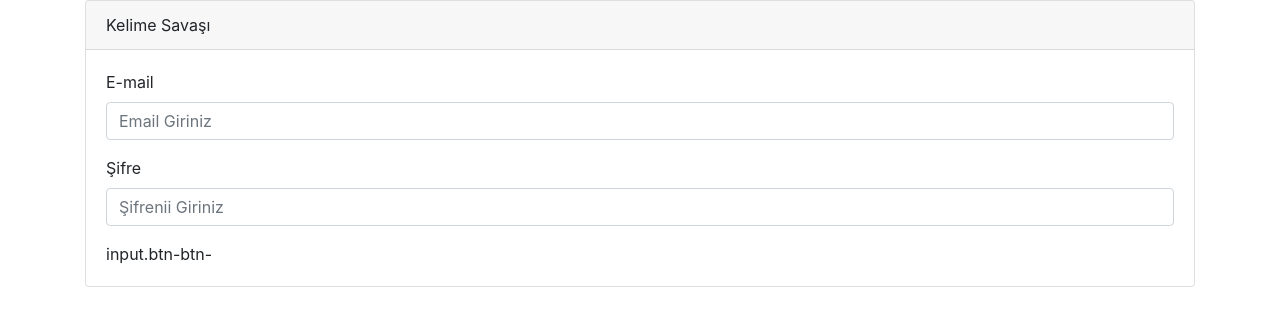
Repository: triapost/kelimeapp
Page: /login
An editor plug-in stored every save of this project. The page is shown before and after a run of saves, followed by the edit.
The browser window is 1280 px wide. The pictures show the whole page.
The project was rebuilt for these pictures with package versions that can differ from the ones it lists, and the page was loaded fresh each time. Also part of the build but not shown: src/pages/auth/Register.js, src/pages/home/Home.js.

Above is the page before, as saved 2020-09-15 22:26:12.

### public/index.html
<!DOCTYPE html>
<html lang="en">
  <head>
    <meta charset="utf-8" />
    <link rel="icon" href="%PUBLIC_URL%/favicon.ico" />
    <meta name="viewport" content="width=device-width, initial-scale=1" />
    <meta name="theme-color" content="#000000" />
    <meta
      name="description"
      content="Web site created using create-react-app"
    />
    <link rel="apple-touch-icon" href="%PUBLIC_URL%/logo192.png" />
    <!--
      manifest.json provides metadata used when your web app is installed on a
      user's mobile device or desktop. See https://developers.google.com/web/fundamentals/web-app-manifest/
    -->
    <link rel="manifest" href="%PUBLIC_URL%/manifest.json" />
    <link
      rel="stylesheet"
      href="https://stackpath.bootstrapcdn.com/bootstrap/4.5.2/css/bootstrap.min.css"
      integrity="sha384-JcKb8q3iqJ61gNV9KGb8thSsNjpSL0n8PARn9HuZOnIxN0hoP+VmmDGMN5t9UJ0Z"
      crossorigin="anonymous"
    />
    <!--
      Notice the use of %PUBLIC_URL% in the tags above.
      It will be replaced with the URL of the `public` folder during the build.
      Only files inside the `public` folder can be referenced from the HTML.

      Unlike "/favicon.ico" or "favicon.ico", "%PUBLIC_URL%/favicon.ico" will
      work correctly both with client-side routing and a non-root public URL.
      Learn how to configure a non-root public URL by running `npm run build`.
    -->
    <title>React App</title>
  </head>
  <body>
    <noscript>You need to enable JavaScript to run this app.</noscript>
    <div id="root"></div>
    <!--
      This HTML file is a template.
      If you open it directly in the browser, you will see an empty page.

      You can add webfonts, meta tags, or analytics to this file.
      The build step will place the bundled scripts into the <body> tag.

      To begin the development, run `npm start` or `yarn start`.
      To create a production bundle, use `npm run build` or `yarn build`.
    -->
  </body>
</html>

### src/pages/index.js
export { default as Login } from "./auth/Login";
export { default as Register } from "./auth/Register";
export { default as Home } from "./home/Home";

### src/pages/auth/Login.js
import React, { useState } from "react";

const Login = () => {
  return (
    <div className="container">
      <div className="card">
        <div className="card-header">Kelime Savaşı</div>
        <div className="card-body">
          <form>
            <div className="form-group">
              <label htmlFor="">E-mail</label>
              <input
                type="email"
                className="form-control"
                placeholder="Email Giriniz"
                name="email"
                required
              />
            </div>
            <div className="form-group">
              <label htmlFor="">Şifre</label>
              <input
                type="password"
                className="form-control"
                placeholder="Şifrenii Giriniz"
                name="password"
                required
              />
            </div>
            input.btn-btn-
          </form>
        </div>
      </div>
    </div>
  );
};

export default Login;

Loaded but not shown: src/index.js (common file); src/App.js (common file)

After the next 2 saves:
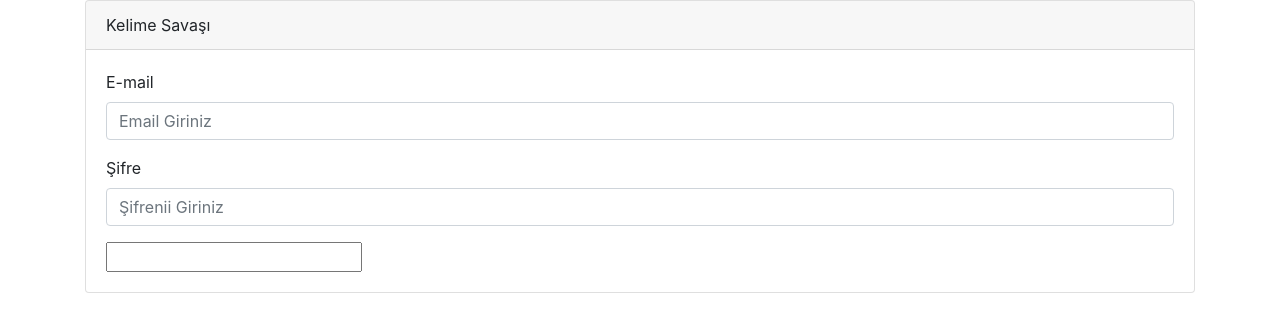
The 2 saves are shown as one change because they came seconds apart.
The last was saved 6 s later.
--- a/src/pages/auth/Login.js
+++ b/src/pages/auth/Login.js
@@ -27,7 +27,7 @@ const Login = () => {
                 required
               />
             </div>
-            input.btn-btn-
+            <input type="text" className="btn-btn-success"/>
           </form>
         </div>
       </div>
